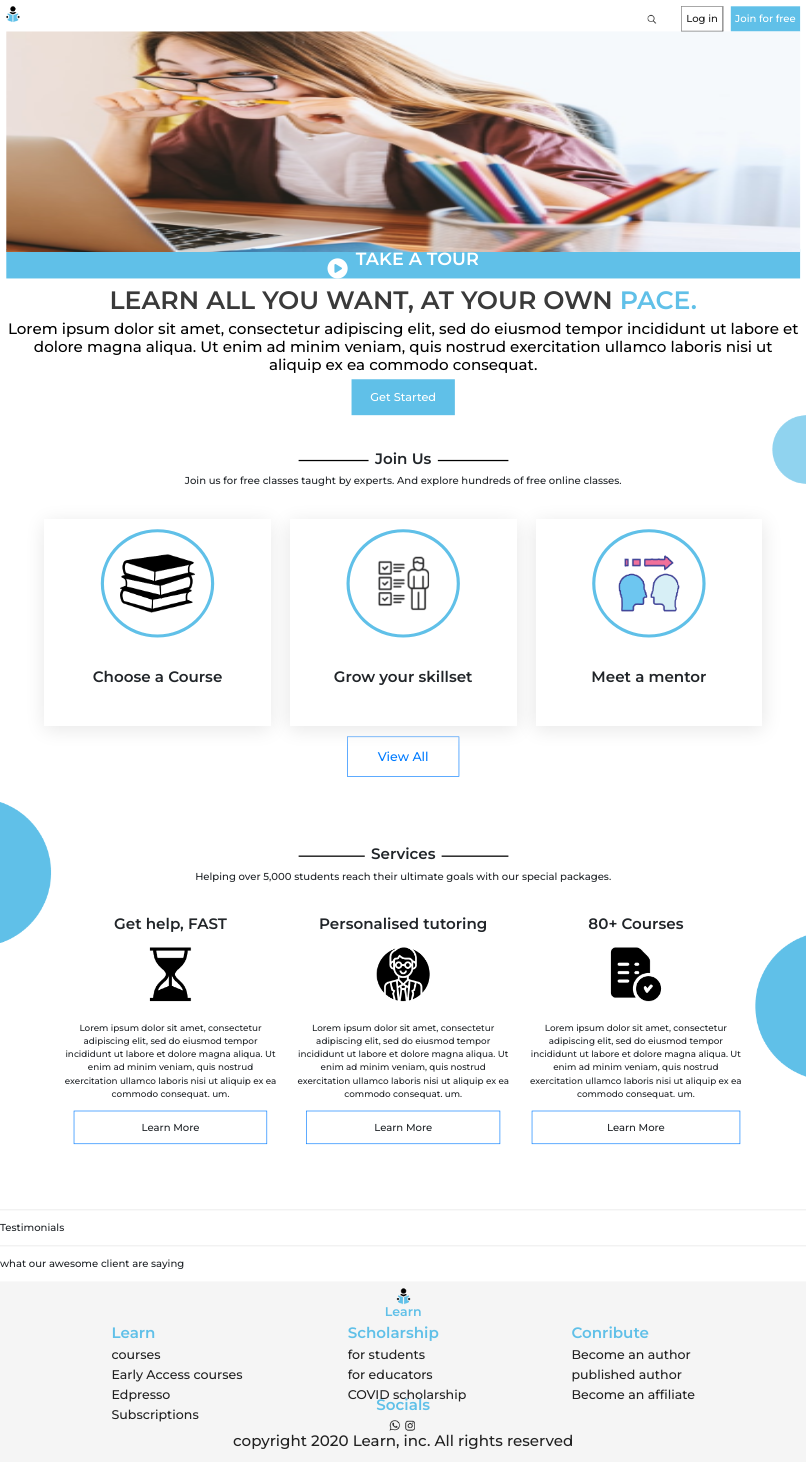
Repository: TiaraOluwanimi/team5
Page: tutor.html
The author's editor kept a copy of each file at every save. The page is drawn from the files as they stood at one save, then again after a run of saves.
The browser window is 1280 px wide. The pictures show the whole page, at 63% of full size.
Some web libraries are served in a nearby version.

Above is the page before, as saved 2020-08-08 10:30:33.

### tutor.html
<!DOCTYPE html>
<html lang="en">
  <head>
    <meta charset="UTF-8" />
    <meta name="viewport" content="width=device-width, initial-scale=1.0" />
    <title>Online Tutoring</title>
    <!-- Custom Css -->
    <link rel="stylesheet" href="./assets/css/header-footer.css" />
    <link rel="stylesheet" href="./assets/css/tutor.css" />
    <!-- Favicon -->
    <link rel="shortcut icon" href="" type="image/x-icon" />
    <!---------------------- CDNs----------------- -->
    <!-- Bootstrap CSS CDN -->
    <link
      rel="stylesheet"
      href="https://maxcdn.bootstrapcdn.com/bootstrap/4.0.0/css/bootstrap.min.css"
      integrity="sha384-Gn5384xqQ1aoWXA+058RXPxPg6fy4IWvTNh0E263XmFcJlSAwiGgFAW/dAiS6JXm"
      crossorigin="anonymous"
    />
    <!-- fontawesome CDN -->
    <!-- Google Font -->
    <link href="https://fonts.googleapis.com/css2?family=Montserrat:wght@500;600&display=swap" rel="stylesheet">
    <!-- Font Awesome -->
    <script src="https://kit.fontawesome.com/0f19ba4771.js" crossorigin="anonymous"></script>

</head>

<body>
    <!-- Welcome to this online tutoring website. 😊 -->
    <!--  Header  -->
    <nav class="nav1">
      <a href="#"><img src="./assets/img/logo.png" alt="" /></a>
      <div class="nav1div1">
        <img
          class="searchicon"
          onclick="displaySearchBar()"
          src="./assets/img/search.png"
          alt=""
        />
        <button class="nav1butt1">Log in</button>
        <button class="nav1butt2">Join for free</button>
      </div>
      <div class="nav1div2 display">
        <input
          class="searchbar"
          type="text"
          placeholder="Enter Text here"
          name=""
          id=""
        />
      </div>
    </nav>

    <!-- Landing Page -->
    <div class="div1">
        <img class="div1img1" src="./assets/img/hero-img.png" alt="">
        <div class="div1div1">
            <i class="fas fa-play-circle fa-2x div1img2"></i>
            &nbsp;&nbsp;&nbsp;
            <h3 class="div1hh1">TAKE A TOUR</h3>
        </div>
    </div>

    <div class="div2">
        <h1 class="div2hh1">
            LEARN ALL YOU WANT, AT YOUR OWN
            <span class="div2hh2">PACE.</span>
        </h1>
        <h4 class="div2hh3">
            Lorem ipsum dolor sit amet, consectetur
            adipiscing elit, sed do eiusmod tempor
            incididunt ut labore et dolore magna
            aliqua. Ut enim ad minim veniam, quis
            nostrud exercitation ullamco laboris nisi
            ut aliquip ex ea commodo consequat.
        </h4>
        <div class="div2div1">
            <button class="div2butt1">Get Started</button>
        </div>
    </div>
    <!-- join us section -->
    <section id="join-us" class="py-5" style="position: relative;">
        <div style="position: absolute; right: 0px; top:-10px;">
          <img src="./assets/img/Ellipse 13.png" alt="" class="img-fluid" />
        </div>
        <div class="container">
          <div class="row">
            <div class="col-12 mx-auto text-center">
              <h4 class="mx-auto sec-head">
                <span><strong>Join Us</strong></span>
              </h4>
              <p>
                Join us for free classes taught by experts. And explore hundreds
                of free online classes.
              </p>
            </div>
            <div class="row py-3">
                <div class="col-md-4 text-center my-3">
                  <div class="box-shadow py-3">
                    <img
                      src="./assets/img/course.png"
                      alt=""
                      class="join-img img-fluid rounded-circle w-50"
                    />
                    <h4 class="my-5"><strong>Choose a Course</strong></h4>
                  </div>
                </div>
                <div class="col-md-4 text-center my-3">
                  <div class="box-shadow py-3">
                    <img
                      src="./assets/img/skillset.png"
                      alt=""
                      class="join-img img-fluid rounded-circle w-50"
                    />
                    <h4 class="my-5"><strong>Grow your skillset</strong></h4>
                  </div>
                </div>
                <div class="col-md-4 text-center my-3">
                  <div class="box-shadow py-3">
                    <img
                      src="./assets/img/mentorship.png"
                      alt=""
                      class="join-img img-fluid rounded-circle w-50"
                    />
                    <h4 class="my-5"><strong>Meet a mentor</strong></h4>
                  </div>
                </div>
                <button
                  class="btn btn-lg btn-outline-primary py-3 px-5 rounded-0 mx-auto"
                >
                  View All
                </button>
              </div>
            </div>
          </section>

    <!-- service section -->
    <section id="services" class="py-5" style="position: relative;">
      <div style="position: absolute; left: 0px; top: -30px;">
        <img src="./assets/img/Ellipse 10.png" alt="" />
      </div>
      <div
        style="position: absolute; right: 0px; top: 30%; transform: scale(-1);"
      >
        <img src="./assets/img/Ellipse 10.png" alt="" />
      </div>
      <div class="container">
        <div class="row">
          <div class="col-12 mx-auto text-center">
            <h4 class="mx-auto sec-head">
              <span><strong>Services</strong></span>
            </h4>
            <p>
              Helping over 5,000 students reach their ultimate goals with our
              special packages.
            </p>
          </div>
        </div>
        <div class="row p-3">
          <div class="col-md-4 text-center py-3">
            <h4><strong>Get help, FAST</strong></h4>
            <img
              src="./assets/img/hourglass 1.png"
              alt=""
              class="img-fluid w-25 my-3"
            />
            <p class="my-3" style="font-size: 14px;">
              Lorem ipsum dolor sit amet, consectetur adipiscing elit, sed do
              eiusmod tempor incididunt ut labore et dolore magna aliqua. Ut
              enim ad minim veniam, quis nostrud exercitation ullamco laboris
              nisi ut aliquip ex ea commodo consequat. um.
            </p>
            <h6 class="border py-3 px-1 mx-3 border-primary">
              Learn More <i></i>
            </h6>
          </div>
          <div class="col-md-4 text-center py-3">
            <h4><strong>Personalised tutoring</strong></h4>
            <img
              src="./assets/img/teacher 1.png"
              alt=""
              class="img-fluid w-25 my-3"
            />
            <p class="my-3" style="font-size: 14px;">
              Lorem ipsum dolor sit amet, consectetur adipiscing elit, sed do
              eiusmod tempor incididunt ut labore et dolore magna aliqua. Ut
              enim ad minim veniam, quis nostrud exercitation ullamco laboris
              nisi ut aliquip ex ea commodo consequat. um.
            </p>
            <h6 class="border py-3 px-1 mx-3 border-primary">
              Learn More <i></i>
            </h6>
          </div>
          <div class="col-md-4 text-center py-3">
            <h4><strong>80+ Courses</strong></h4>
            <img
              src="./assets/img/test 1.png"
              alt=""
              class="img-fluid w-25 my-3"
            />
            <p class="my-3" style="font-size: 14px;">
              Lorem ipsum dolor sit amet, consectetur adipiscing elit, sed do
              eiusmod tempor incididunt ut labore et dolore magna aliqua. Ut
              enim ad minim veniam, quis nostrud exercitation ullamco laboris
              nisi ut aliquip ex ea commodo consequat. um.
            </p>
            <h6 class="border py-3 px-1 mx-3 mx-lg-1 border-primary">
              Learn More <i></i>
            </h6>
          </div>
        </div>
      </div>
    </section>
    <!-- Testimonial section -->
    <section>
      <div>
        <div class="testimonial-heading">
          <div>
            <hr>
            <span>Testimonials</span>
            <hr>
          </div>
          <p>what our awesome client are saying</p>
        </div>

      </div>
    </section>
    <!--  Footer  -->
    <footer class="footer1">
      <div class="footer1div1">
        <img class="footer1img1" src="./assets/img/logo.png" alt="" />
        <h5 class="footer1hh1">Learn</h5>
      </div>

      <div class="footer1div2">
        <div class="footer1div3">
          <h4 class="footer1hh2">Learn</h4>
          <a href="" class="footer1link1"
            ><h5 class="footer1hh3">courses</h5></a
          >
          <a href="" class="footer1link1"
            ><h5 class="footer1hh3">Early Access courses</h5></a
          >
          <a href="" class="footer1link1"
            ><h5 class="footer1hh3">Edpresso</h5></a
          >
          <a href="" class="footer1link1"
            ><h5 class="footer1hh3">Subscriptions</h5></a
          >
        </div>
        <div class="footer1div4">
          <h4 class="footer1hh2">Scholarship</h4>
          <a href="" class="footer1link1"
            ><h5 class="footer1hh3">for students</h5></a
          >
          <a href="" class="footer1link1"
            ><h5 class="footer1hh3">for educators</h5></a
          >
          <a href="" class="footer1link1"
            ><h5 class="footer1hh3">COVID scholarship</h5></a
          >
        </div>
        <div class="footer1div5">
          <h4 class="footer1hh2">Conribute</h4>
          <a href="" class="footer1link1"
            ><h5 class="footer1hh3">Become an author</h5></a
          >
          <a href="" class="footer1link1"
            ><h5 class="footer1hh3">published author</h5></a
          >
          <a href="" class="footer1link1"
            ><h5 class="footer1hh3">Become an affiliate</h5></a
          >
        </div>
      </div>

      <div class="footer1div6">
        <h4 class="footer1hh2 redd">Socials</h4>
        <a href="#"><img src="./assets/img/whatsapp.png" alt="" /></a>
        <a href="#"><img src="./assets/img/instagram.png" alt="" /></a>
      </div>

      <h4 class="footer1hh4">
        copyright 2020 Learn, inc. All rights reserved
      </h4>
    </footer>

    <!---------------------- CDNs----------------- -->
    <!-- jQuery CDN -->
    <script
      src="https://code.jquery.com/jquery-3.2.1.slim.min.js"
      integrity="sha384-KJ3o2DKtIkvYIK3UENzmM7KCkRr/rE9/Qpg6aAZGJwFDMVNA/GpGFF93hXpG5KkN"
      crossorigin="anonymous"
    ></script>
    <!-- ajax CDN -->
    <script
      src="https://cdnjs.cloudflare.com/ajax/libs/popper.js/1.12.9/umd/popper.min.js"
      integrity="sha384-ApNbgh9B+Y1QKtv3Rn7W3mgPxhU9K/ScQsAP7hUibX39j7fakFPskvXusvfa0b4Q"
      crossorigin="anonymous"
    ></script>
    <!-- BootstrapJS CDN -->
    <script
      src="https://maxcdn.bootstrapcdn.com/bootstrap/4.0.0/js/bootstrap.min.js"
      integrity="sha384-JZR6Spejh4U02d8jOt6vLEHfe/JQGiRRSQQxSfFWpi1MquVdAyjUar5+76PVCmYl"
      crossorigin="anonymous"
    ></script>
    <!-- Custom Javascript Links -->
    <script src="./assets/js/tutor.js"></script>
  </body>
</html>

### assets/css/header-footer.css

/*  Header Navbar */
body{
  margin: 0;
}
.nav1{
   margin: 10px;
}
.nav1div1{
    display: inline;
    float: right;
}
.nav1butt1{
    color: #212121;
    border-color: #212121;
    border-width: 1px;
    background-color: #FFFFFF;
    padding: 7px 7px;
    font-family: 'Montserrat', sans-serif;
    font-weight: 500;
    outline: none;
    margin-left: 35px;
}
.nav1butt2{
    color: #FFFFFF;
    border-color: #60C0E8;
    border: none;
    background-color: #60C0E8;
    padding: 8px 7px;
    font-family: 'Montserrat', sans-serif;
    font-weight: 500;
    outline: none;
    margin-left: 8px;
}
.nav1butt1:hover{
    background-color: #f0f0f0;
      cursor: pointer;
}
.nav1butt2:hover{
    background-color: #60adce;
    cursor: pointer;
}
.searchicon:hover{
    cursor: pointer;
}
.nav1div2{
    text-align: center;
    width: 100%;
    margin-top: 10px;
}
.searchbar{
    width: 60%;
    font-family: 'Montserrat', sans-serif;
    outline: none;
    border-radius: 10px;
    padding: 10px;
    border-width: 1px;
}
.footer1link1{
    text-decoration: none;
}
.display{
    display: none;
}



/*  Footer  */
.footer1{
    padding: 10px;
    background-color: #F5F5F5;
}
.footer1div1{
    text-align: center;
}
.footer1hh1{
    margin-top: 0px;
    font-family: 'Montserrat', sans-serif;
    color: #60C0E8;
    font-weight: 600;
}
.footer1div2{
    display: flex;
    flex-direction:row;
    justify-content: space-evenly;
}
.footer1hh2{
    font-family: 'Montserrat', sans-serif;
    color: #60C0E8;
    font-weight: 600;
}
.footer1hh3{
    font-family: 'Montserrat', sans-serif;
    color: #212121;
    font-weight: normal;
}
.footer1div6{
    text-align: center;
    margin-top: -50px;
}
.redd{
    margin-bottom: 5px;
}
.footer1hh4{
    text-align: center;
    font-family: 'Montserrat', sans-serif;
    color: #212121;
    font-style: normal;
    font-weight: 500;
}

/* Footer Media Queries */
@media only screen and (max-width: 399px) {
    .footer1div2{
        flex-direction: column;
        align-items: center;
    }
    .footer1div6{
        text-align: center;
        margin-top: -10px;
    }
}

### assets/css/tutor.css
* {
  font-family: "Montserrat", sans-serif;
}
.div1 {
  margin: 10px;
  text-align: center;
}
.div1div1 {
  width: 100%;
  display: flex;
  justify-content: center;
  background-color: #60c0e8;
  margin-top: -5px;
}
.div1img1 {
  width: 100%;
  height: 350px;
}
.div1img2 {
  padding-top: 15px;
  color: #ffffff;
}
.div1div1:hover {
  background-color: #60adce;
  cursor: pointer;
}
.div1hh1 {
  font-family: "Montserrat", sans-serif;
  font-weight: 600;
  color: #ffffff;
}

.div2 {
  margin: 10px;
}
.div2hh1 {
  font-family: "Montserrat", sans-serif;
  text-align: center;
  color: #3a3a3a;
  font-weight: bold;
}
.div2hh2 {
  color: #60c0e8;
}
.div2hh3 {
  font-family: "Montserrat", sans-serif;
  text-align: center;
  color: #000000;
  font-weight: 500;
}
.div2div1 {
  text-align: center;
}
.div2butt1 {
  background-color: #60c0e8;
  font-weight: 500;
  color: #ffffff;
  border: none;
  outline: none;
  padding: 15px 30px;
  font-size: large;
}
.div2butt1:hover {
  background-color: #60adce;
  cursor: pointer;
}

/* this handles the line in each section heading  */
.sec-head {
  width: 30%;
  text-align: center;
  border-bottom: 2px solid #000;
  line-height: 0.1em;
  margin: 10px 0 20px;
}
.sec-head span {
  background: #fff;
  padding: 0 10px;
}
/* join us images border */
.join-img {
  border: 5px solid #60c0e8 !important;
}
/* box shadow */
.box-shadow {
  box-shadow: 0px 5px 30px 0.5px #e6e6e6;
}
.box-shadow:hover {
  box-shadow: 0px 5px 30px 5px #c7c7c7;
}

@media screen and (max-width: 320px) {
  .sec-head {
    width: 70%;
  }
}

### assets/js/tutor.js

function displaySearchBar(){
    document.querySelector(".nav1div2").classList.toggle("display");
}

After the next 3 saves:
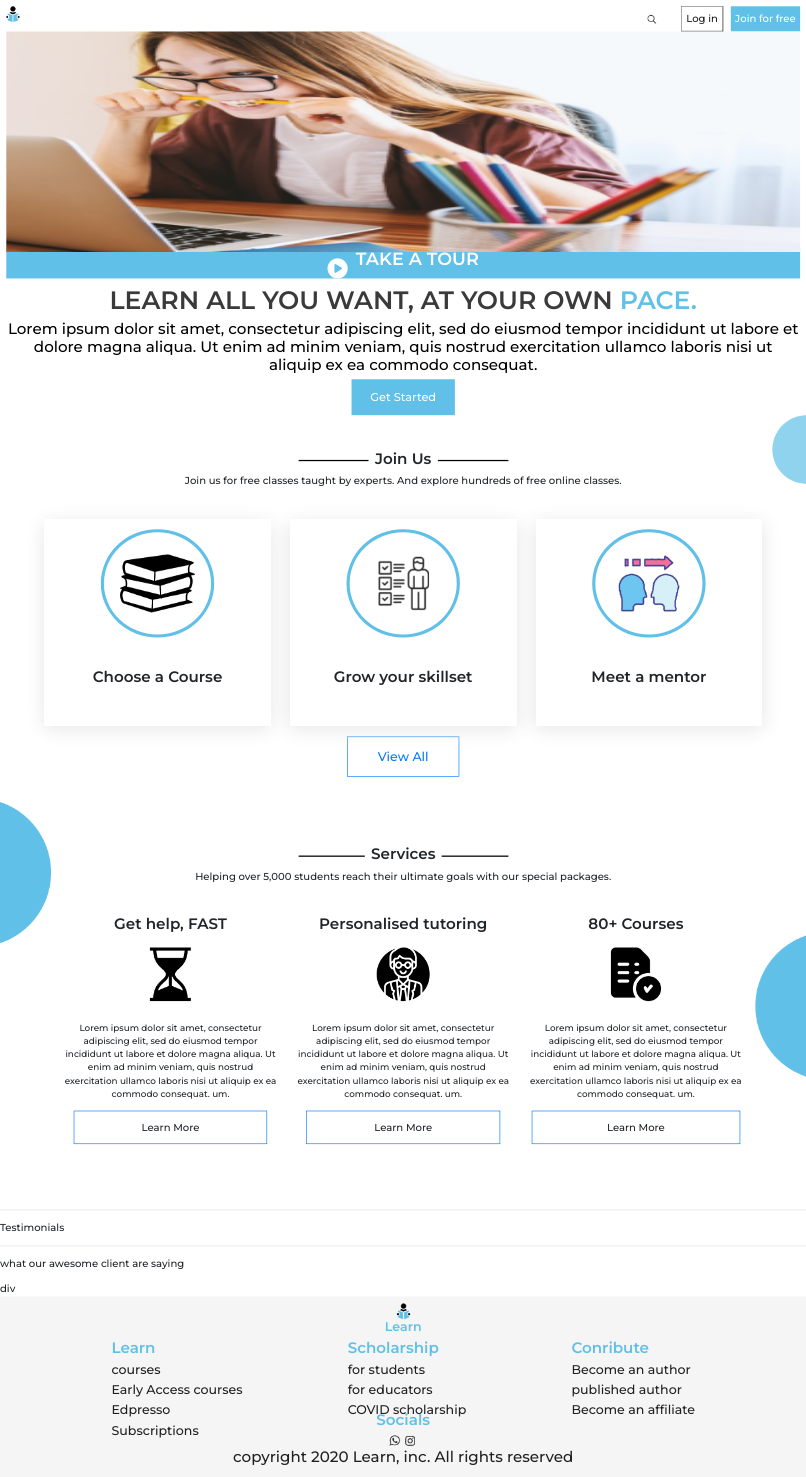
The 3 saves are shown as one change because they came seconds apart.
The last was saved 33 s later.
--- a/tutor.html
+++ b/tutor.html
@@ -222,7 +222,9 @@
           </div>
           <p>what our awesome client are saying</p>
         </div>
-
+        <div>
+          div
+        </div>
       </div>
     </section>
     <!--  Footer  -->

After the save that followed:
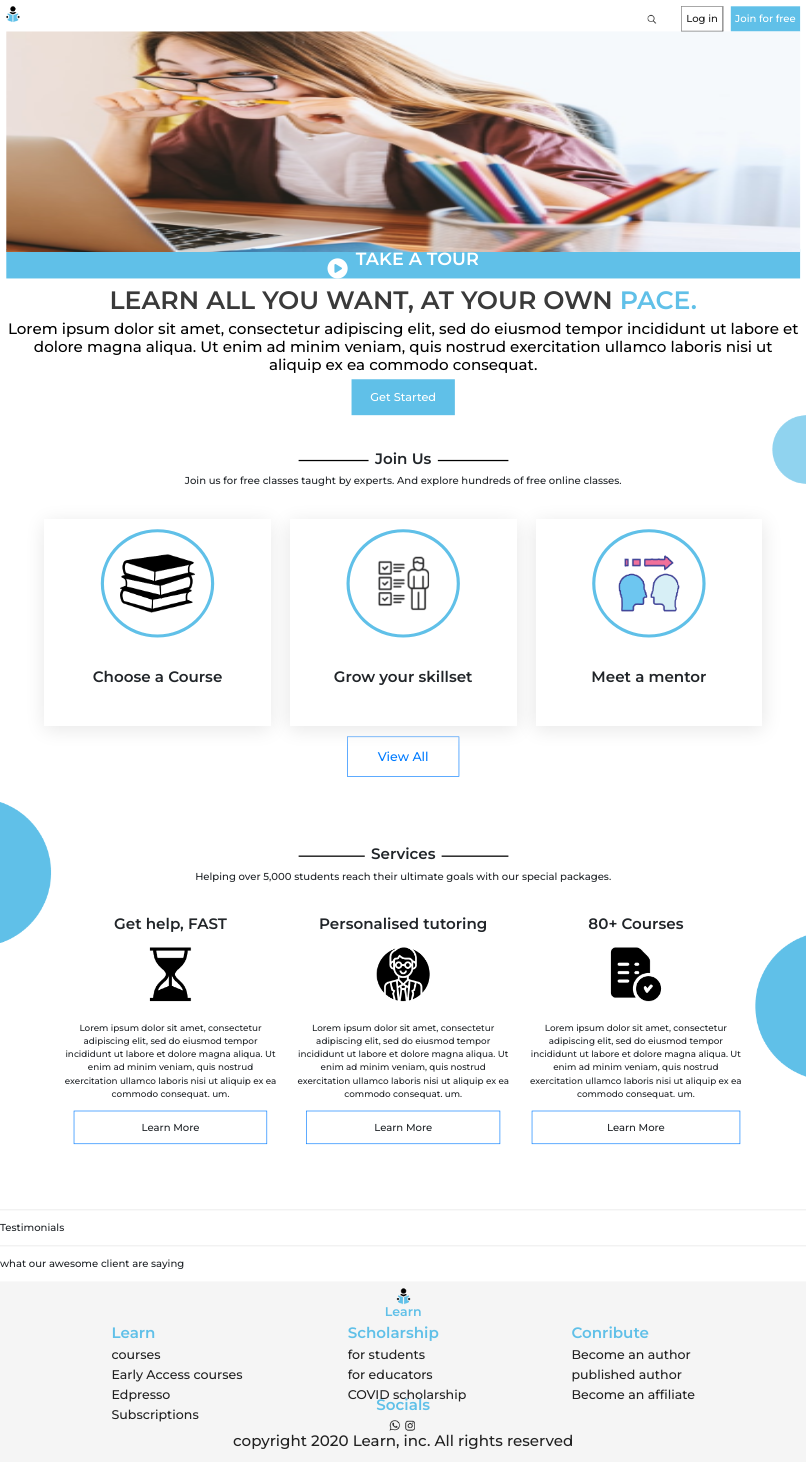
Saved 4 s later.
--- a/tutor.html
+++ b/tutor.html
@@ -223,7 +223,9 @@
           <p>what our awesome client are saying</p>
         </div>
         <div>
-          div
+          <div>
+
+          </div>
         </div>
       </div>
     </section>
